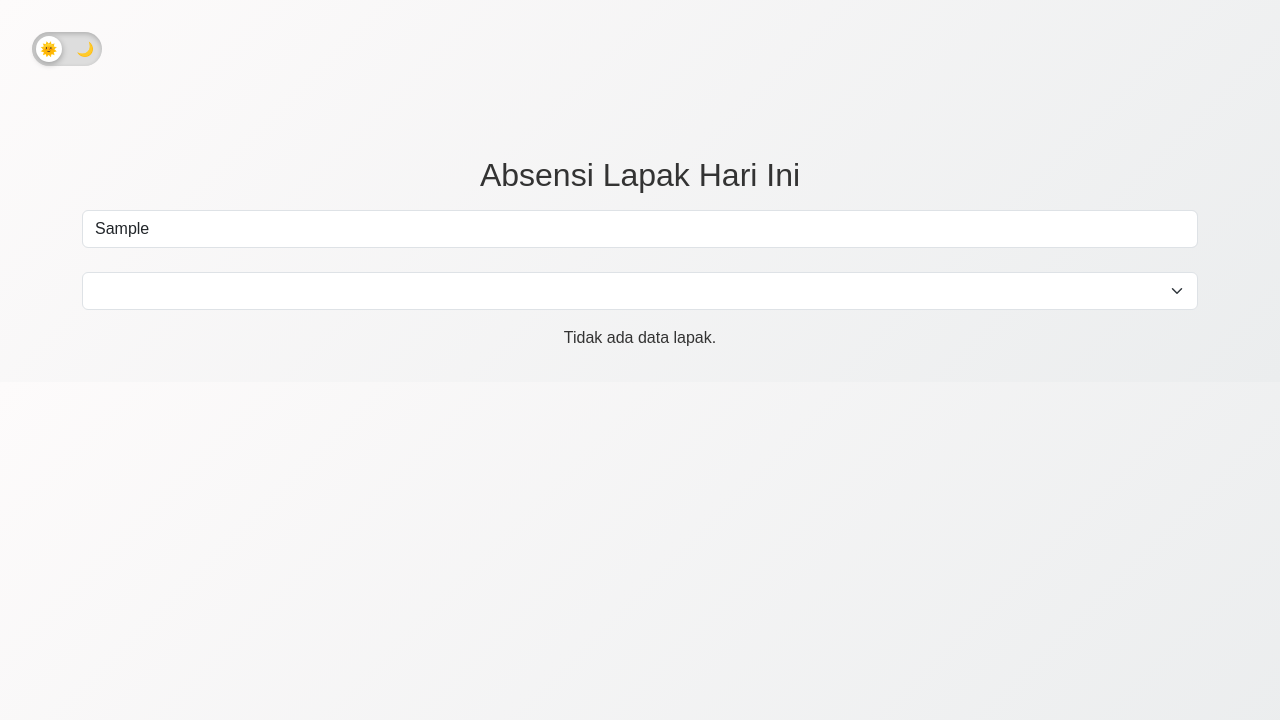
Repository: pasarrakyatbak/absensi
Page: index.html
An editor plug-in stored every save of this project. The page is shown before and after the next save, followed by the edit.
The browser window is 1280 px wide. The pictures show the whole page.
Empty fields were first filled with sample values (such as "Sample", 5 or name@example.com).
After loading, the first visible `#searchInput` was changed once.
The page's requests for data from a server got no answer.

Above is the page before, as saved 2025-09-22 05:57:39.

### index.html
<!DOCTYPE html>
<html lang="id">

<head>
    <meta charset="UTF-8">
    <meta name="viewport" content="width=device-width, initial-scale=1.0">
    <title>Absensi Lapak</title>
    <link href="https://cdn.jsdelivr.net/npm/bootstrap@5.3.2/dist/css/bootstrap.min.css" rel="stylesheet">
    <link rel="stylesheet" href="style.css">
</head>

<body class="p-3">
    <!-- Toggle Dark Mode -->
    <div class="dark-toggle mb-3">
        <input type="checkbox" id="darkSwitch">
        <label for="darkSwitch" class="toggle-label">
            <span class="toggle-icon">🌞</span>
            <span class="toggle-ball"></span>
            <span class="toggle-icon">🌙</span>
        </label>
    </div>

    <div class="container">

        <!-- Ringkasan -->
        <div id="lapakSummary" class="summary-cards mb-4"></div>

        <!-- Info Banner -->
        <div id="absensiInfoBanner" class="alert text-center mb-3"></div>
        <!-- Judul & Search -->
        <h2 class="mb-3 text-center">Absensi Lapak Hari Ini</h2>
        <input type="text" id="searchInput" class="form-control mb-4" placeholder="🔍 Cari lapak...">
        <select id="lapakPageSelect" class="form-select mb-3">
            <!-- Option akan diisi otomatis dari JS -->
        </select>
        <!-- Daftar Lapak -->
        <div id="lapakContainer" class="row"></div>
    </div>

    <!-- Modal Absensi -->
    <div id="absensiModal" class="modal-overlay">
        <div class="modal-content">
            <h5 id="absensiInfo"></h5>
            <div id="modalStatusLabel" class="mb-3"></div> <!-- badge tampil di sini -->
            <button id="modalAbsenBtn">Absen</button>
            <button class="btn btn-secondary" onclick="closeAbsensiModal()">Tutup</button>
        </div>
    </div>


    <!-- Loader -->
    <div id="absensiLoading" class="d-none">
        <div class="loader-content text-center">
            <div class="spinner-border text-light" role="status" style="width:3rem;height:3rem;"></div>
            <p id="absensiLoadingText" class="text-white mt-2">Sedang memproses...</p>
        </div>
    </div>

    <script src="script.js"></script>
</body>

</html>

### style.css
body {
    background: linear-gradient(135deg, #fdfbfb, #ebedee);
    font-family: 'Poppins', sans-serif;
    color: #333;
    transition: background 0.3s ease, color 0.3s ease;
    margin: 0;
    padding: 0;
}

body.dark {
    background: linear-gradient(135deg, #0f2027, #203a43, #2c5364);
    color: #f1f1f1;
}

/* ================= Card umum ================= */
.lapak-card {
    position: relative;
    overflow: hidden;
    border-radius: 16px;
    padding: 1rem;
    backdrop-filter: blur(8px);
    transition: transform 0.25s ease, box-shadow 0.25s ease, background 0.3s ease, border 0.3s ease, color 0.3s ease;
    box-shadow: 0 4px 12px rgba(0, 0, 0, 0.08);
}

.lapak-badge {
    position: absolute;
    top: 10px;
    left: 10px;
    padding: 0.25rem 0.5rem;
    font-size: 0.75rem;
    font-weight: 600;
    border-radius: 8px;
    color: #fff;
    z-index: 2;
    box-shadow: 0 2px 6px rgba(0, 0, 0, 0.15);
    transition: background 0.3s ease, transform 0.25s ease;
}

/* Warna badge sesuai status */
.lapak-badge.bg-success {
    background-color: #28a745;
}

.lapak-badge.bg-danger {
    background-color: #dc3545;
}

/* Dark mode badge */
body.dark .lapak-badge.bg-success {
    background-color: #4caf50;
}

body.dark .lapak-badge.bg-danger {
    background-color: #b23c3c;
}

/* Hover effect */
.lapak-card:hover {
    transform: translateY(-6px);
    box-shadow: 0 10px 25px rgba(0, 0, 0, 0.2);
}

.lapak-card.disabled {
    pointer-events: none;
    opacity: 0.6;
}

/* Default teks dalam card */
.lapak-card .card-title,
.lapak-card .card-text,
.lapak-card .status-text {
    color: inherit;
    transition: color 0.3s ease;
}

/* ================= Modal ================= */
#absensiModal {
    display: none;
    position: fixed;
    top: 0;
    left: 0;
    width: 100%;
    height: 100%;
    background: rgba(0, 0, 0, 0.6);
    backdrop-filter: blur(6px);
    justify-content: center;
    align-items: center;
    z-index: 1050;
    padding: 1rem;
    box-sizing: border-box;
}

#absensiModal .modal-content {
    background: rgba(255, 255, 255, 0.9);
    padding: 1.5rem;
    border-radius: 16px;
    text-align: center;
    max-width: 400px;
    width: 100%;
    transition: background 0.3s ease, color 0.3s ease, transform 0.25s ease;
    box-shadow: 0 8px 24px rgba(0, 0, 0, 0.2);
}

#absensiModal .modal-content:hover {
    transform: scale(1.02);
}

body.dark #absensiModal .modal-content {
    background: rgba(30, 30, 30, 0.95);
    color: #f1f1f1;
}

/* ================= Loader ================= */
#absensiLoading {
    position: fixed;
    top: 0;
    left: 0;
    width: 100%;
    height: 100%;
    background: rgba(0, 0, 0, 0.7);
    justify-content: center;
    align-items: center;
    z-index: 2000;
    backdrop-filter: blur(6px);
}

/* ================= Sudah hadir ================= */
.lapak-card.hadir {
    background-color: #d4edda;
    /* hijau muda */
    border: 1px solid #c3e6cb;
    color: #155724;
    /* teks hijau gelap */
}

body.dark .lapak-card.hadir {
    background: rgba(45, 62, 51, 0.8);
    border: 1px solid #4caf50;
    color: #90ee90;
}

/* ================= Belum hadir ================= */
.lapak-card.belum {
    background-color: #f8d7da;
    /* merah muda */
    border: 1px solid #f5c6cb;
    color: #721c24;
    /* teks merah gelap */
}

.lapak-card {
    transition: background-color 0.3s, border-color 0.3s, color 0.3s;
}

body.dark .lapak-card.belum {
    background: rgba(30, 30, 30, 0.9);
    border: 1px solid #444;
    color: #f1f1f1;
}

/* ================= Toggle wrapper ================= */
.dark-toggle {
    display: flex;
    justify-content: flex-start;
    align-items: center;
    margin: 1rem;
}

/* Hidden checkbox */
.dark-toggle input {
    display: none;
}

/* Label sebagai saklar */
.toggle-label {
    background: #ddd;
    border-radius: 50px;
    cursor: pointer;
    display: flex;
    align-items: center;
    justify-content: space-between;
    width: 70px;
    height: 34px;
    position: relative;
    transition: background 0.3s ease;
    padding: 0 8px;
    font-size: 14px;
    box-shadow: inset 0 2px 5px rgba(0, 0, 0, 0.2);
}

/* Bulatan */
.toggle-ball {
    position: absolute;
    top: 4px;
    left: 4px;
    width: 26px;
    height: 26px;
    background: #fff;
    border-radius: 50%;
    transition: transform 0.3s ease, background 0.3s ease;
    box-shadow: 0 2px 6px rgba(0, 0, 0, 0.3);
}

/* Ikon matahari 🌞 dan bulan 🌙 */
.toggle-icon {
    z-index: 2;
}

/* Aktif (dark mode) */
.dark-toggle input:checked+.toggle-label {
    background: #444;
}

.dark-toggle input:checked+.toggle-label .toggle-ball {
    transform: translateX(36px);
    background: #90ee90;
}

/* ================= Summary Cards ================= */
.summary-cards {
    display: flex;
    gap: 1rem;
    flex-wrap: wrap;
    justify-content: center;
}

.summary-card {
    flex: 1 1 120px;
    min-width: 120px;
    padding: 1rem;
    border-radius: 12px;
    text-align: center;
    font-weight: 600;
    box-shadow: 0 4px 12px rgba(0, 0, 0, 0.08);
    transition: background 0.3s ease, color 0.3s ease;
}

.summary-card.total {
    background: #e3f2fd;
    color: #1565c0;
}

.summary-card.hadir {
    background: #d4edda;
    color: #155724;
}

.summary-card.belum {
    background: #f8d7da;
    color: #721c24;
}

.summary-card div {
    margin-top: 4px;
    font-weight: normal;
}

.summary-progress .progress {
    background: rgba(0, 0, 0, 0.1);
}

body.dark .summary-progress .progress {
    background: rgba(255, 255, 255, 0.1);
}

.progress-bar {
    font-size: 0.85rem;
    font-weight: 600;
    color: #fff;
    text-align: center;
}

/* Dark mode */
body.dark .summary-card.total {
    background: #1e3a5f;
    color: #90caf9;
}

body.dark .summary-card.hadir {
    background: #2d3e33;
    color: #90ee90;
}

body.dark .summary-card.belum {
    background: #5c2b2b;
    color: #f28b82;
}

/* ================= Modal Tombol ================= */
#modalAbsenBtn {
    width: 100%;
    padding: 0.75rem;
    font-size: 1.1rem;
    font-weight: 600;
    border-radius: 12px;
    transition: background 0.3s ease, transform 0.2s ease;
}

#modalAbsenBtn:hover {
    transform: scale(1.05);
}

/* Warna default hijau */
#modalAbsenBtn {
    background-color: #28a745;
    color: #fff;
    border: none;
}

body.modal-open {
    overflow: hidden;
}

.container.blur {
    filter: blur(6px);
    transition: filter 0.25s ease;
}

/* Dark mode */
body.dark #modalAbsenBtn {
    background-color: #4caf50;
    color: #fff;
}

/* Tombol tutup modal */
#absensiModal .btn-secondary {
    margin-top: 0.5rem;
    width: 100%;
}

/* ================= Modal Animasi ================= */
.modal-overlay {
    display: none;
    /* default hidden */
    position: fixed;
    top: 0;
    left: 0;
    width: 100%;
    height: 100%;
    background: rgba(0, 0, 0, 0.6);
    backdrop-filter: blur(6px);
    justify-content: center;
    align-items: center;
    z-index: 1050;
    padding: 1rem;
    box-sizing: border-box;

    /* Animasi */
    opacity: 0;
    transition: opacity 0.25s ease;
}

.modal-overlay.show {
    display: flex;
    opacity: 1;
}

.modal-content {
    background: rgba(255, 255, 255, 0.9);
    padding: 1.5rem;
    border-radius: 16px;
    text-align: center;
    max-width: 400px;
    width: 100%;
    box-shadow: 0 8px 24px rgba(0, 0, 0, 0.2);
    transform: scale(0.9);
    transition: transform 0.25s ease, background 0.3s ease, color 0.3s ease;
}

/* Blur latar belakang dinamis */
.container.blur {
    filter: blur(0px);
    transition: filter 0.3s ease;
}

.modal-overlay.show+.container.blur {
    filter: blur(6px);
}

.modal-overlay.show .modal-content {
    transform: scale(1);
}

/* Dark mode */
body.dark .modal-content {
    background: rgba(30, 30, 30, 0.95);
    color: #f1f1f1;
}

.badge {
    display: inline-block;
    margin-top: 6px;
    padding: 0.25rem 0.5rem;
    font-size: 0.75rem;
    border-radius: 8px;
    font-weight: 600;
}

.bg-success {
    background-color: #28a745;
    color: #fff;
}

.bg-danger {
    background-color: #dc3545;
    color: #fff;
}

body.dark .bg-success {
    background-color: #4caf50;
}

body.dark .bg-danger {
    background-color: #b23c3c;
}


/* ================= RESPONSIVE ================= */
/* Responsive */
@media (max-width: 576px) {
    #modalAbsenBtn {
        font-size: 1rem;
        padding: 0.6rem;
    }
}

@media (min-width: 577px) and (max-width: 991px) {
    #modalAbsenBtn {
        font-size: 1.05rem;
    }
}

/* HP kecil (≤576px) */
@media (max-width: 576px) {
    .lapak-card {
        font-size: 14px;
        padding: 0.8rem;
    }

    .lapak-card .card-title {
        font-size: 16px;
    }

    .lapak-card .card-text {
        font-size: 13px;
    }

    .lapak-card .status-text {
        font-size: 12px;
    }

    #absensiModal .modal-content {
        max-width: 95%;
        padding: 1rem;
    }

    .toggle-label {
        width: 60px;
        height: 30px;
        font-size: 12px;
    }

    .toggle-ball {
        width: 22px;
        height: 22px;
    }
}

/* Tablet (577px – 991px) */
@media (min-width: 577px) and (max-width: 991px) {
    .lapak-card {
        font-size: 15px;
        padding: 1rem;
    }

    .lapak-card .card-title {
        font-size: 18px;
    }

    .lapak-card .card-text {
        font-size: 14px;
    }

    .lapak-card .status-text {
        font-size: 13px;
    }

    #absensiModal .modal-content {
        max-width: 80%;
    }
}

/* Desktop (≥992px) */
@media (min-width: 992px) {
    .lapak-card {
        font-size: 16px;
        padding: 1.2rem;
    }

    .lapak-card .card-title {
        font-size: 20px;
    }

    .lapak-card .card-text {
        font-size: 15px;
    }

    .lapak-card .status-text {
        font-size: 14px;
    }

    #absensiModal .modal-content {
        max-width: 400px;
    }
}

/* ================= Responsive ================= */
@media (max-width: 768px) {
    .summary-cards {
        flex-direction: column;
        align-items: center;
    }

    .summary-card {
        width: 90%;
        max-width: none;
    }
}

### script.js
const API_URL = "https://script.google.com/macros/s/AKfycby4z2qZ24SrJkcyGpybH29lSUC_3_z1LG-7wSmTzpaOEXrwjXf0Cl3hqkg95qAxPj1-/exec";
const darkSwitch = document.getElementById("darkSwitch");
let lapakData = [];
let currentLapakId = null;
let absensiMingguan = false;
let lastScrollY = 0;
let currentPage = 1;
const itemsPerPage = 10;
// =================== Loader ===================
function showAbsensiLoading(show, text = "Sedang menyimpan data...") {
    const loader = document.getElementById("absensiLoading");
    const loadingText = document.getElementById("absensiLoadingText");
    if (!loader || !loadingText) return;

    loader.classList.toggle("d-flex", show);
    loader.classList.toggle("d-none", !show);
    loadingText.textContent = text;
}

// =================== Load semua lapak ===================
async function loadLapak() {
    showAbsensiLoading(true, "Sedang memuat data lapak...");
    try {
        const res = await fetch(API_URL + "?action=lapakHariIni");
        const json = await res.json();

        if (!json.success) {
            document.getElementById("lapakContainer").innerHTML =
                `<p class="text-center text-danger">Gagal load data: ${json.message}</p>`;
            showAbsensiLoading(false);
            return;
        }

        lapakData = json.data;
        renderLapak(lapakData);
        updateSummary();
        updateAbsensiInfo();
        showAbsensiLoading(false);
    } catch (err) {
        document.getElementById("lapakContainer").innerHTML =
            `<p class="text-center text-danger">Error loadLapak: ${err}</p>`;
        showAbsensiLoading(false);
    }
}

// =================== Modal ===================
function openAbsensiModal(noLapak, namaLapak) {
    currentLapakId = noLapak;
    const modal = document.getElementById("absensiModal");
    const info = document.getElementById("absensiInfo");
    const statusLabel = document.getElementById("modalStatusLabel");
    const container = document.querySelector(".container");
    if (!modal || !info || !container || !statusLabel) return;

    const lapak = lapakData.find(l => String(l.noLapak) === String(noLapak));
    const hadir = lapak?.statusAbsensi === "✅ Hadir";

    info.textContent = `Absen untuk Lapak ${noLapak} - ${namaLapak}`;
    statusLabel.innerHTML = hadir
        ? '<span class="badge bg-success">Sudah Absen</span>'
        : '<span class="badge bg-danger">Belum Absen</span>';

    container.classList.add("blur");
    document.body.classList.add("modal-open");
    modal.style.display = "flex";

    setTimeout(() => modal.classList.add("show"), 10);
    updateBlurOnScroll();
}

function closeAbsensiModal() {
    const modal = document.getElementById("absensiModal");
    const container = document.querySelector(".container");
    if (!modal || !container) return;

    modal.classList.remove("show");
    container.classList.remove("blur");
    container.style.filter = "";
    document.body.classList.remove("modal-open");

    setTimeout(() => {
        if (!modal.classList.contains("show")) modal.style.display = "none";
    }, 250);

    lastScrollY = 0;
}

// =================== Render lapak ===================
function renderLapak(data) {
    const container = document.getElementById("lapakContainer");
    container.innerHTML = "";

    if (!data.length) {
        container.innerHTML = `<p class="text-center">Tidak ada data lapak.</p>`;
        return;
    }

    data.forEach(lapak => {
        const noLapak = lapak.noLapak || "-";
        const namaLapak = lapak.nama || "Tanpa Nama";
        const hadir = lapak.statusAbsensi === "✅ Hadir";

        const card = document.createElement("div");
        card.className = "col-md-4 col-sm-6 mb-3";
        card.innerHTML = `
    <div class="card lapak-card shadow-sm ${hadir ? 'hadir disabled' : 'belum'}"
         data-no-lapak="${noLapak}" data-nama-lapak="${namaLapak}">

        <span class="lapak-badge ${hadir ? 'bg-success' : 'bg-danger'}">
            ${hadir ? 'Sudah Absen' : 'Belum Absen'}
        </span>

        <div class="card-body text-center">
            <h5 class="card-title">Lapak ${noLapak}</h5>
            <p class="card-text">${namaLapak}</p>
        </div>
    </div>
`;

        const cardEl = card.querySelector(".lapak-card");
        if (!hadir && cardEl) {
            cardEl.addEventListener("click", () => openAbsensiModal(noLapak, namaLapak));
        }

        container.appendChild(card);
    });
}

// =================== Absen ke server ===================
async function absenLapak(noLapak) {
    showAbsensiLoading(true, "Menyimpan absensi...");

    const card = document.querySelector(`.lapak-card[data-no-lapak="${noLapak}"]`);
    if (!card) {
        showAbsensiLoading(false);
        return;
    }

    try {
        const res = await fetch(API_URL, {
            method: "POST",
            headers: { "Content-Type": "application/x-www-form-urlencoded" },
            body: new URLSearchParams({ action: "absen", noLapak, password: "panitia123" })
        });
        const json = await res.json();

        if (!json.success) {
            alert(json.message || "❌ Gagal menyimpan absensi.");
        } else {
            const lapakIndex = lapakData.findIndex(l => String(l.noLapak) === String(noLapak));
            if (lapakIndex > -1) lapakData[lapakIndex].statusAbsensi = "✅ Hadir";
            renderLapak(lapakData);
            updateSummary();
            updateAbsensiInfo();
        }
    } catch (err) {
        alert("❌ Gagal menyimpan absensi.");
    }

    showAbsensiLoading(false);
}

// =================== Dark mode ===================
if (localStorage.getItem("darkMode") === "true") {
    document.body.classList.add("dark");
    darkSwitch.checked = true;
}

darkSwitch.addEventListener("change", () => {
    document.body.classList.toggle("dark", darkSwitch.checked);
    localStorage.setItem("darkMode", darkSwitch.checked ? "true" : "false");
});

// =================== Banner info ===================
function updateAbsensiInfo() {
    const banner = document.getElementById("absensiInfoBanner");
    if (!banner) return;

    const totalLapak = lapakData.length;
    const totalHadir = lapakData.filter(l => l.statusAbsensi === "✅ Hadir").length;

    if (totalLapak > 0 && totalLapak === totalHadir) {
        banner.style.display = "none";
        return;
    }

    banner.style.display = "block";
    banner.className = "alert alert-info text-center mb-3";
    banner.textContent = absensiMingguan
        ? "ℹ️ Absensi bisa dilakukan setiap MINGGU."
        : "ℹ️ Absensi bisa dilakukan setiap HARI.";
}

// =================== Summary ===================
function updateSummary() {
    const total = lapakData.length;
    const totalHadir = lapakData.filter(l => l.statusAbsensi === "✅ Hadir").length;
    const totalBelum = total - totalHadir;
    const persenHadir = total > 0 ? Math.round((totalHadir / total) * 100) : 0;
    const persenBelum = 100 - persenHadir;

    const summaryEl = document.getElementById("lapakSummary");
    if (!summaryEl) return;

    summaryEl.innerHTML = `
        <div class="summary-card total">
            <div class="label">Total Lapak</div>
            <div class="value">${total}</div>
        </div>
        <div class="summary-card hadir">
            <div class="label">✅ Hadir</div>
            <div class="value">${totalHadir}</div>
            <div class="extra">(${persenHadir}%)</div>
        </div>
        <div class="summary-card belum">
            <div class="label">❌ Belum</div>
            <div class="value">${totalBelum}</div>
            <div class="extra">(${persenBelum}%)</div>
        </div>
        <div class="summary-progress mt-3">
            <div class="progress" style="height: 20px; border-radius: 10px; overflow: hidden;">
                <div class="progress-bar bg-success" role="progressbar"
                    style="width: ${persenHadir}%"
                    aria-valuenow="${persenHadir}" aria-valuemin="0" aria-valuemax="100">
                    ${persenHadir > 15 ? persenHadir + "%" : ""}
                </div>
                <div class="progress-bar bg-danger" role="progressbar"
                    style="width: ${persenBelum}%"
                    aria-valuenow="${persenBelum}" aria-valuemin="0" aria-valuemax="100">
                    ${persenBelum > 15 ? persenBelum + "%" : ""}
                </div>
            </div>
        </div>
    `;
}

// =================== Tombol Absen Modal ===================
const modalAbsenBtn = document.getElementById("modalAbsenBtn");
if (modalAbsenBtn) {
    modalAbsenBtn.addEventListener("click", async () => {
        if (!currentLapakId) return;
        await absenLapak(currentLapakId);
        closeAbsensiModal();
    });
}

// =================== Blur dinamis scroll ===================
function updateBlurOnScroll() {
    const container = document.querySelector(".container");
    const modal = document.getElementById("absensiModal");

    if (!container || !modal) return;

    if (modal.classList.contains("show")) {
        const scrollY = window.scrollY || window.pageYOffset;
        const diff = Math.abs(scrollY - lastScrollY);
        container.style.filter = `blur(${6 + diff * 0.02}px)`;
        lastScrollY = scrollY;
    } else {
        container.style.filter = '';
        lastScrollY = 0;
    }
}
window.addEventListener("scroll", updateBlurOnScroll);
// =================== Search Lapak ===================
const searchInput = document.getElementById("searchInput");
if (searchInput) {
    searchInput.addEventListener("input", () => {
        const query = searchInput.value.trim().toLowerCase();
        const filtered = lapakData.filter(lapak => {
            return String(lapak.noLapak).toLowerCase().includes(query) ||
                (lapak.nama || "").toLowerCase().includes(query);
        });
        renderLapak(filtered);
    });
}

// =================== Load pertama kali ===================
loadLapak();

After the next save:
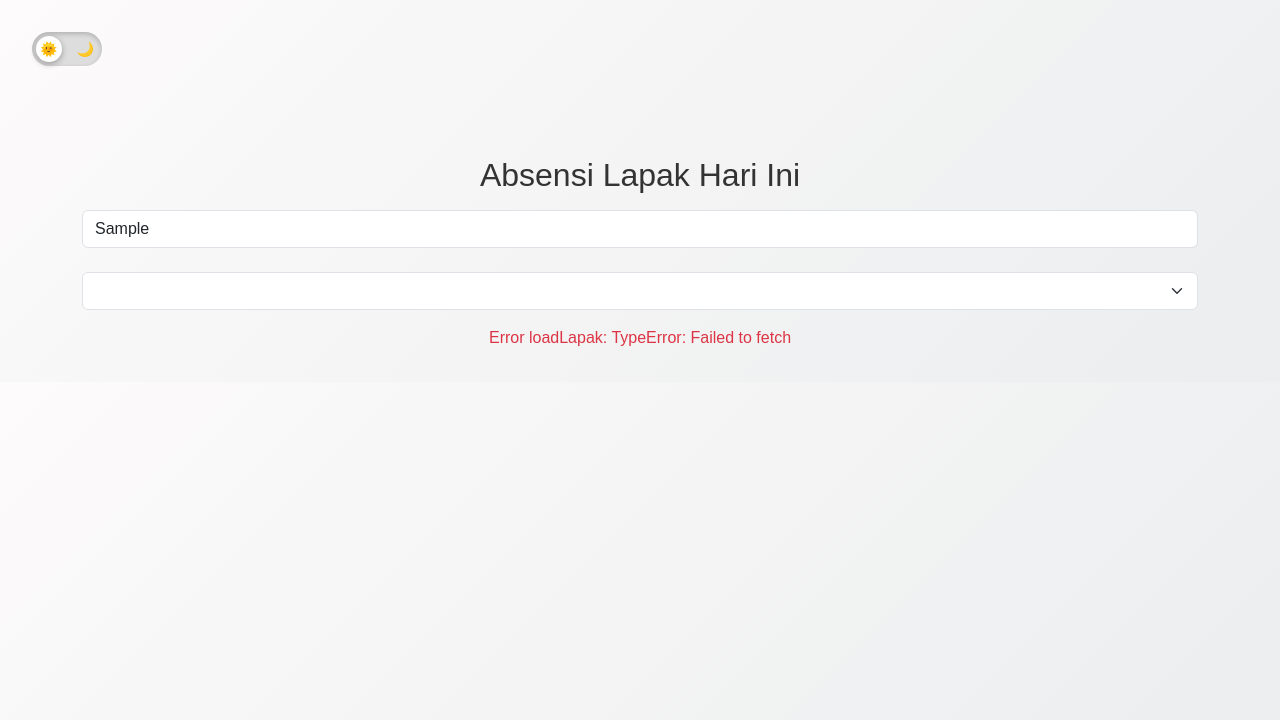
Console error: ReferenceError: renderLapak is not defined
Saved 17 s later.
--- a/script.js
+++ b/script.js
@@ -86,44 +86,30 @@ function closeAbsensiModal() {
 }
 
 // =================== Render lapak ===================
-function renderLapak(data) {
-    const container = document.getElementById("lapakContainer");
-    container.innerHTML = "";
-
-    if (!data.length) {
-        container.innerHTML = `<p class="text-center">Tidak ada data lapak.</p>`;
-        return;
-    }
-
-    data.forEach(lapak => {
-        const noLapak = lapak.noLapak || "-";
-        const namaLapak = lapak.nama || "Tanpa Nama";
-        const hadir = lapak.statusAbsensi === "✅ Hadir";
-
-        const card = document.createElement("div");
-        card.className = "col-md-4 col-sm-6 mb-3";
-        card.innerHTML = `
-    <div class="card lapak-card shadow-sm ${hadir ? 'hadir disabled' : 'belum'}"
-         data-no-lapak="${noLapak}" data-nama-lapak="${namaLapak}">
-
-        <span class="lapak-badge ${hadir ? 'bg-success' : 'bg-danger'}">
-            ${hadir ? 'Sudah Absen' : 'Belum Absen'}
-        </span>
-
-        <div class="card-body text-center">
-            <h5 class="card-title">Lapak ${noLapak}</h5>
-            <p class="card-text">${namaLapak}</p>
-        </div>
-    </div>
-`;
-
-        const cardEl = card.querySelector(".lapak-card");
-        if (!hadir && cardEl) {
-            cardEl.addEventListener("click", () => openAbsensiModal(noLapak, namaLapak));
+// =================== Render lapak per page ===================
+function renderLapakPage(data, page = 1) {
+    const totalPages = Math.ceil(data.length / itemsPerPage);
+    currentPage = page;
+
+    // Update dropdown
+    const pageSelect = document.getElementById("lapakPageSelect");
+    if (pageSelect) {
+        pageSelect.innerHTML = "";
+        for (let i = 1; i <= totalPages; i++) {
+            const start = (i - 1) * itemsPerPage + 1;
+            const end = Math.min(i * itemsPerPage, data.length);
+            const option = document.createElement("option");
+            option.value = i;
+            option.textContent = `${start}-${end}`;
+            if (i === page) option.selected = true;
+            pageSelect.appendChild(option);
         }
-
-        container.appendChild(card);
-    });
+        pageSelect.onchange = () => renderLapakPage(data, parseInt(pageSelect.value));
+    }
+
+    const startIndex = (page - 1) * itemsPerPage;
+    const pagedData = data.slice(startIndex, startIndex + itemsPerPage);
+    renderLapak(pagedData);
 }
 
 // =================== Absen ke server ===================
